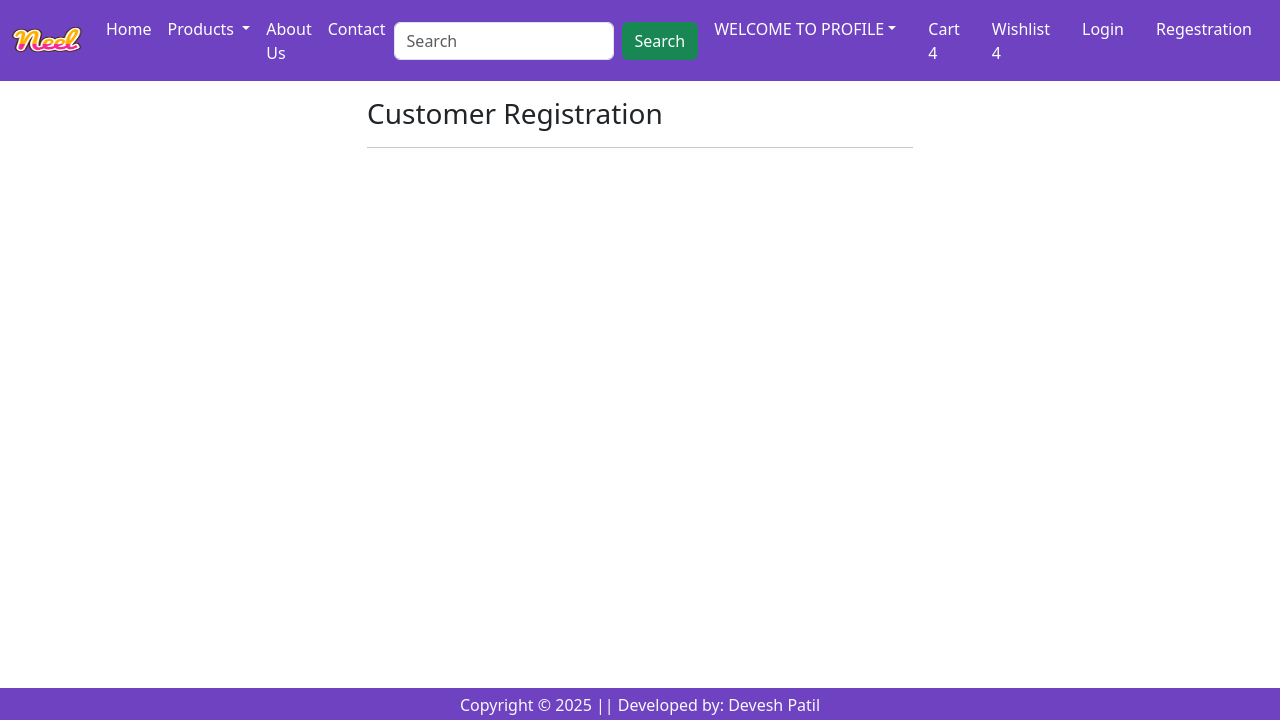
Repository: DeveshPatill/mydjango
Page: http://localhost/registration/
An editor plug-in stored every save of this project. The page is shown before and after the next save, followed by the edit.
The browser window is 1280 px wide. The pictures show the whole page.
The page is served by the project's application, run on Django 5.2 (ec/manage.py). Other server files are loaded and not shown.

Above is the page before, as saved 2025-03-23 22:41:11.

### ec/app/templates/app/customerregistration.html
{% extends 'app/base.html' %}
{% load static %}
{% block title %}Customer Registration{% endblock title %}



{% block main-content %}
<div class="container">
    <div class="row my-3">
        <div class="col-sm-6 offset-sm-3">
            <h3>Customer Registration</h3>
            <hr>
        </div>
    </div>
</div>

{% endblock main-content %}

### ec/app/templates/app/base.html
<!DOCTYPE html>
{% load static %}
<html lang="en">
<head>
    <meta charset="UTF-8">
    <meta http-equiv="X-UA-Compatible" content="IE=edge">
    <meta name="viewport" content="width=device-width, initial-scale=1.0">

    <link href="https://cdn.jsdelivr.net/npm/bootstrap@5.3.3/dist/css/bootstrap.min.css" rel="stylesheet" integrity="sha384-QWTKZyjpPEjISv5WaRU9OFeRpok6YctnYmDr5pNlyT2bRjXh0JMhjY6hW+ALEwIH" crossorigin="anonymous">

    <link rel="stylesheet" href="{% static 'app/css/owl.carousel.min.css' %}" />
    <link rel="stylesheet" href="{% static 'app/css/all.min.css' %}" />
    <link rel="stylesheet" href="{% static 'app/css/style.css' %}" />

    <title> Dairy Products | {% block title %} {% endblock title %} </title>
</head>
<body>
    <nav class="navbar navbar-expand-lg navbar-dark" style="background-color: #6f42c1;">
        <div class="container-fluid">
          <a class="navbar-brand" href="/">
            <img src="{% static 'app/images/product/Neel.png' %}" width="70px" height="55px" />
          </a>
          <button class="navbar-toggler" type="button" data-bs-toggle="collapse" data-bs-target="#navbarSupportedContent" aria-controls="navbarSupportedContent" aria-expanded="false" aria-label="Toggle navigation">
            <span class="navbar-toggler-icon"></span>
          </button>
          <div class="collapse navbar-collapse" id="navbarSupportedContent">
            <ul class="navbar-nav me-auto mb-2 mb-lg-0">
              <li class="nav-item">
                <a class="nav-link active" aria-current="page" href="/">Home</a>
              </li>
              <li class="nav-item dropdown">
                <a class="nav-link dropdown-toggle text-white" href="#" role="button" data-bs-toggle="dropdown" aria-expanded="false">
                  Products
                </a>
                <ul class="dropdown-menu">
                  <li><a class="dropdown-item" href="{% url 'category' 'ML' %}">Milk</a></li>
                  <li><a class="dropdown-item" href="{% url 'category' 'CR' %}">Curd</a></li>
                  <li><a class="dropdown-item" href="{% url 'category' 'MS' %}">MilkShake</a></li>
                  <li><a class="dropdown-item" href="{% url 'category' 'LS' %}">Lassi</a></li>
                  <li><a class="dropdown-item" href="{% url 'category' 'GH' %}">Ghee</a></li>
                  <li><a class="dropdown-item" href="{% url 'category' 'PN' %}">Paneer</a></li>
                  <li><a class="dropdown-item" href="{% url 'category' 'CZ' %}">Cheese</a></li>
                  <li><a class="dropdown-item" href="{% url 'category' 'IC' %}">Ice-Cream</a></li>

                </ul>
              </li>
              <li class="nav-item">
                <a class="nav-link text-white" href="{% url 'about'  %}">About Us</a>
              </li>
              <li class="nav-item">
                <a class="nav-link text-white" href="{% url 'contact'  %}">Contact</a>
              </li>

            </ul>
            <form class="d-flex" role="search">
              <input class="form-control me-2" type="search" placeholder="Search" aria-label="Search">
              <button class="btn btn-success" type="submit">Search</button>
            </form>
          </div>
          <ul class="navbar-nav me-auto mb-2 mb-lg-0">
            <li class="nav-item dropdown mx-2">
                <a class="nav-link dropdown-toggle text-white" href="#" id="profileDropdown" role="button" data-bs-toggle="dropdown" aria-expanded="false">WELCOME TO PROFILE</a>
                <ul class="dropdown-menu" aria-labelledby="profileDropdown">
                    <li><a class="dropdown-item" href="#">Profile</a></li>
                    <li><a class="dropdown-item" href="#">Orders</a></li>
                    <li><a class="dropdown-item" href="#">Change Password</a></li>
                    <li><a class="dropdown-item" href="#">Logout</a></li>
                </ul>
            </li>
            <li class="nav-item mx-2">
                <a href="#" class="nav-link text-white">Cart 4</a>
            </li>
            <li class="nav-item mx-2">
                <a href="#" class="nav-link text-white">Wishlist 4</a>
            </li>
            <li class="nav-item mx-2">
                <a href="#" class="nav-link text-white">Login</a>
            </li>
            <li class="nav-item mx-2">
                <a href="{% url 'customerregistration' %}" class="nav-link text-white">Regestration</a>
            </li>

          </ul>
        </div>
      </nav>
      {% block banner-slider %}{% endblock banner-slider %}

      {% block information %}{% endblock information %}

      {% block main-content %}{% endblock main-content %}

    <footer class="text-center text-light py-3 fixed-bottom" style="background-color: #6f42c1; height: 5px; line-height: 2px;">
        Copyright © 2025 || Developed by: Devesh Patil
    </footer>






    <script src="https://cdn.jsdelivr.net/npm/@popperjs/core@2.11.8/dist/umd/popper.min.js" integrity="sha384-I7E8VVD/ismYTF4hNIPjVp/Zjvgyol6VFvRkX/vR+Vc4jQkC+hVqc2pM8ODewa9r" crossorigin="anonymous"></script>
    <script src="https://cdn.jsdelivr.net/npm/bootstrap@5.3.3/dist/js/bootstrap.min.js" integrity="sha384-0pUGZvbkm6XF6gxjEnlmuGrJXVbNuzT9qBBavbLwCsOGabYfZo0T0to5eqruptLy" crossorigin="anonymous"></script>

    <script src=https://cdnjs.cloudflare.com/ajax/libs/jquery/3.7.1/jquery.min.js></script>


    <script script="{% static 'app/js/owl.carousel.min.js' %}"></script>
    <script script="{% static 'app/js/all.min.js' %}"></script>
    <script script="{% static 'app/js/myscript.js' %}"></script>

</body>
</html>

### ec/app/forms.py
from django import forms
from django.contrib.auth.forms import UserCreationForm


class CustomerRegistrationForm(UserCreationForm):
    username=forms.CharField(widget=forms.TextInput(attrs={'autofocus':True,'class':"form-control"}))
    email=forms.CharField(widget=forms.EmailInput(attrs={'class':'form-control'}))
    password1=forms.CharField(label='Password',widget=forms.PasswordInput(attrs={'class':'form-control'}))
    password2=forms.CharField(label='Confirm Password',widget=forms.PasswordInput(attrs={'class':'form-control'}))

### ec/app/views.py
from django.shortcuts import render
from django.http import HttpResponse
from django.views import View
from urllib import request
from . models import Product
from django.db.models import Count
from . forms import CustomerRegistrationForm

# Create your views here.
def home(request):
    return render(request,"app/home.html")

def about(request):
    return render(request,"app/about.html")

def contact(request):
    return render(request,"app/contact.html")


class CategoryView(View):
    def get(self,request,val):
        product = Product.objects.filter(category=val)
        title=Product.objects.filter(category=val).values('title')
        return render(request,"app/category.html",locals())

class CategoryTitle(View):
    def get(self,request,val):
        product = Product.objects.filter(title=val)
        title = Product.objects.filter(category=product[0].category).values('title')
        return render(request,"app/category.html",locals())


class ProductDetail(View):
    def get(self,request,pk):
        product = Product.objects.get(pk=pk)
        return render(request,"app/productdetail.html",locals())


class CustomerRegistrationView(View):
    def get(self,request):
        form = CustomerRegistrationForm()
        return render(request,'app/customerregistration.html',locals())

### ec/ec/urls.py
"""
URL configuration for ec project.

The `urlpatterns` list routes URLs to views. For more information please see:
    https://docs.djangoproject.com/en/5.1/topics/http/urls/
Examples:
Function views
    1. Add an import:  from my_app import views
    2. Add a URL to urlpatterns:  path('', views.home, name='home')
Class-based views
    1. Add an import:  from other_app.views import Home
    2. Add a URL to urlpatterns:  path('', Home.as_view(), name='home')
Including another URLconf
    1. Import the include() function: from django.urls import include, path
    2. Add a URL to urlpatterns:  path('blog/', include('blog.urls'))
"""

from django.contrib import admin
from django.urls import path,include

urlpatterns = [
    path("admin/", admin.site.urls),
    path("", include("app.urls")),

]

### ec/app/urls.py
from django.urls import path
from .import views
from django.conf import settings
from django.conf.urls.static import static

urlpatterns = [
    path("",views.home),
    path("about/",views.about,name="about"),
    path("contact/",views.contact,name="contact"),
    path("category/<slug:val>",views.CategoryView.as_view(),name="category"),
    path("category-title/<val>",views.CategoryTitle.as_view(),name='category-title'),
    path("product-detail/<int:pk>",views.ProductDetail.as_view(),name="product-detail"),

    #login authentication
    path('registration/',views.CustomerRegistrationView.as_view(),name='customerregistration')
]+static(settings.MEDIA_URL,document_root=settings.MEDIA_ROOT)

### ec/app/static/app/css/style.css
.owl-carousel .item{
 /* border: 1px solid black; */
 font-size: 24px;
 text-align: center;
 margin-top: 20px;
 transition: transform .5s ease;
}

 .owl-carousel .item:hover{
    /* border: 1px solid black; */
    transform : scale(1.1);
}

/* .owl-carousel img{
    transition: transform .5s ease;
  }
 .owl-carousel img:hover{

    transform : scale(1.25);
} */

.owl-next{
 float:right;
}
.owl-prev{
 float:left;
}
.owl-prev span{
 font-size: 24px;
 font-weight: bold;
}
.owl-next span{
 font-size: 24px;
 font-weight: bold;
}




.buttermilk{
    background-color:#fff;background-image:linear-gradient(#fff7ef, #fff);
    background-image:-webkit-linear-gradient(#fff7ef, #fff);
    background-image:-moz-linear-gradient(#fff7ef, #fff);
    background-image:-ms-linear-gradient(#fff7ef, #fff);
    background-image:-o-linear-gradient(#fff7ef, #fff);
    padding:50px 40px;
    border:1px solid #efe8e1;
    padding-bottom:20px;
}

.smbg{
    background-color:#fff;
    background-image:linear-gradient(rgba(110, 69, 143, 0.1), #fff);
    background-image:-webkit-linear-gradient(rgba(110, 69, 143, 0.1), #fff);
    background-image:-moz-linear-gradient(rgba(110, 69, 143, 0.1), #fff);
    background-image:-ms-linear-gradient(rgba(110, 69, 143, 0.1), #fff);
    background-image:-o-linear-gradient(rgba(110, 69, 143, 0.1), #fff);
}

.curdbgpro{
    background-color:#fff;
    background-image:linear-gradient(rgba(10, 77, 123, 0.1), #fff);
    background-image:-webkit-linear-gradient(rgba(10, 77, 123, 0.1), #fff);
    background-image:-moz-linear-gradient(rgba(10, 77, 123, 0.1), #fff);
    background-image:-ms-linear-gradient(rgba(10, 77, 123, 0.1), #fff);
    background-image:-o-linear-gradient(rgba(10, 77, 123, 0.1), #fff);
}

.goodnessseccont img{
    width:100%;
}

.mlkpro{
    color:#636362;
    font-size:22px;
    line-height:22px;
    margin-bottom:15px;
    width:43%;
    margin:0 auto;
    text-align:center;

}

.goodnesssec a{
    text-decoration: none;
}


/*
body {
    padding-bottom: 80px; /* Adjust this value based on footer height
}*/

Loaded but not shown: ec/app/static/app/css/owl.carousel.min.css (library); ec/app/static/app/css/all.min.css (library)

After the next save:
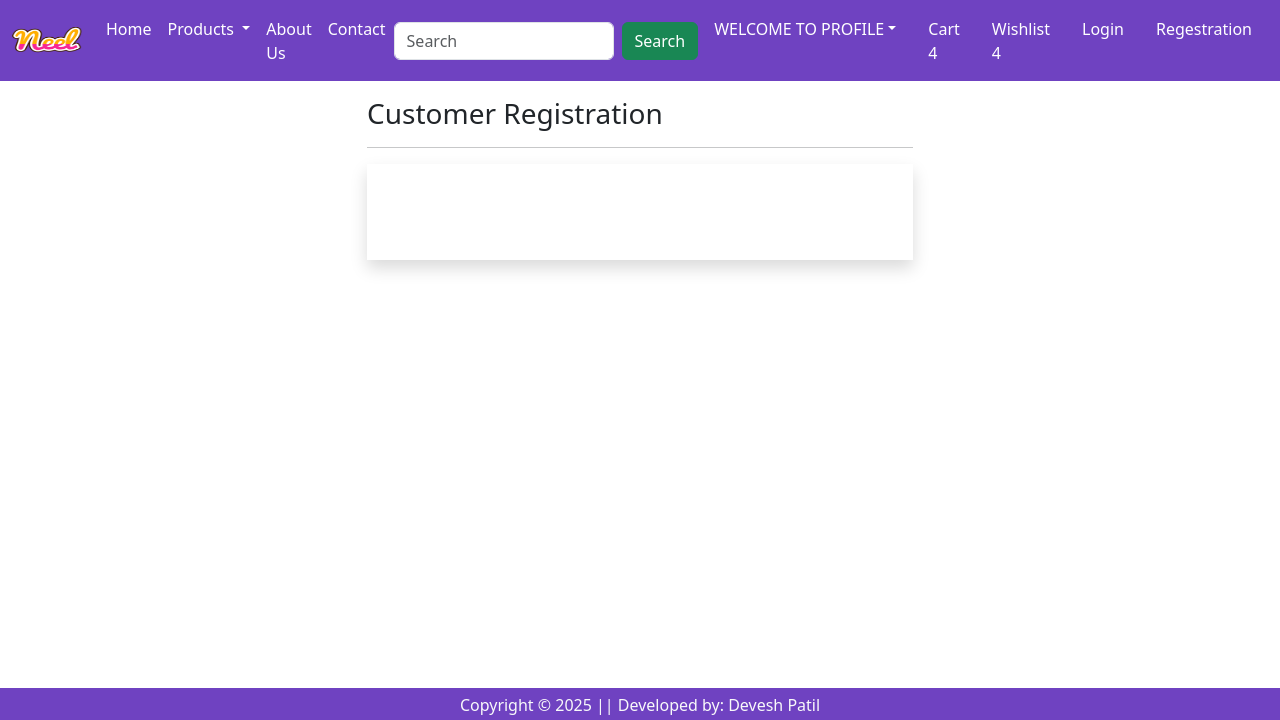
Saved 57 s later.
--- a/ec/app/templates/app/customerregistration.html
+++ b/ec/app/templates/app/customerregistration.html
@@ -10,6 +10,7 @@
         <div class="col-sm-6 offset-sm-3">
             <h3>Customer Registration</h3>
             <hr>
+            <form action="" method="post" novalidate class="shadow p-5"
         </div>
     </div>
 </div>
